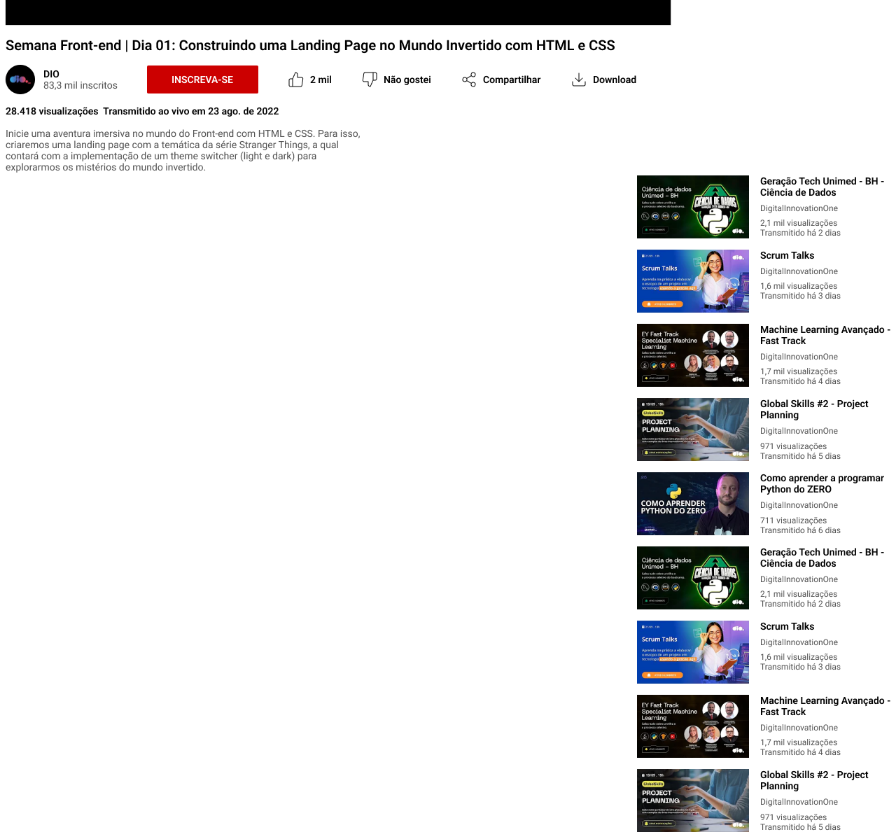
Repository: gustavotwist/design-youtube
Page: assets/index.html
The author's editor kept a copy of each file at every save. The page is drawn from the files as they stood at one save, then again after a run of saves.
The browser window is 1280 px wide. The pictures show the part of the page from y = 812 to 2732 px (the page is 2012 px tall before and 2972 px after), at 70% of full size.
A picture or video elsewhere on the page could not be fetched, so the positions and the page height are approximate.

Above is the page before, as saved 2024-08-17 18:49:47.

### assets/index.html
<!DOCTYPE html>
<html lang="pt-BR">
<head>
    <meta charset="UTF-8">
    <meta name="viewport" content="width=device-width, initial-scale=1.0">
    <title>YouTube</title>
    <link rel="stylesheet" href="style.css">
</head>
<body>
    <div class="container">
        <header><img src="/assets/img/Menu.png" alt="menu"></header>
        <main>
            <section class="grid-container">
                <img src="/assets/img/Watching Video.png" alt="video">
            </section>
        </main>
    </div>

    <section class="sidebar">
        <img src="/assets/img/Sidebar.png" alt="sidebar">
    </section>
</body>
</html>

### assets/style.css
section {
    flex-direction:column;
    align-self:flex-start;
    display: block;
    vertical-align:super;
}

.sidebar {
    align-items:right;
    text-align:right;
}

After the next 2 saves:
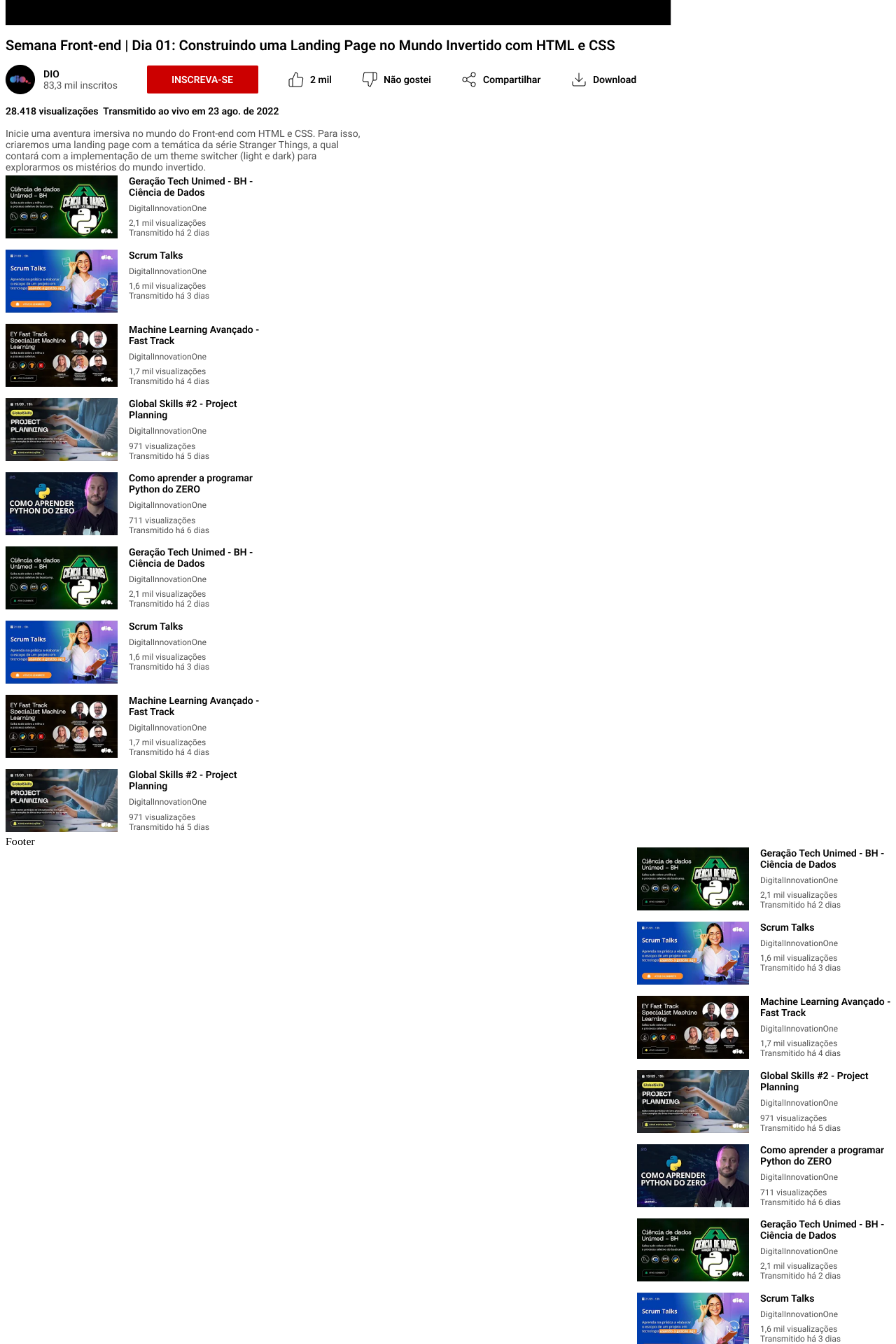
The 2 saves are shown as one change because they came seconds apart.
The last was saved 70 s later.
--- a/assets/index.html
+++ b/assets/index.html
@@ -14,6 +14,8 @@
                 <img src="/assets/img/Watching Video.png" alt="video">
             </section>
         </main>
+        <aside><img src="/assets/img/Sidebar.png" alt="sidebar"></aside>
+        <footer>Footer</footer>
     </div>
 
     <section class="sidebar">
